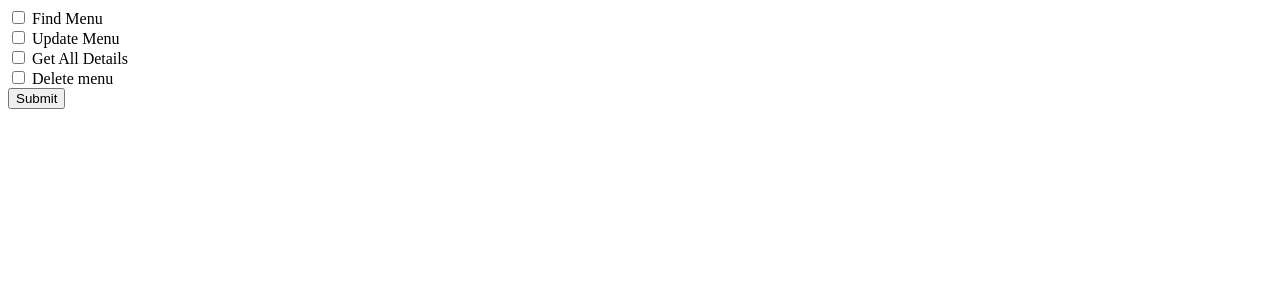
Repository: Jeevith-U/Advance-Java
Page: http://localhost/Food_App/menu.jsp
These files come from the project's save history. The page is drawn as it stood at one moment and after the next save; the edit follows.
The browser window is 1280 px wide. The pictures show the whole page.
The page is served by Tomcat 9.

Above is the page before, as saved 2023-08-23 18:37:39.

After the next save:
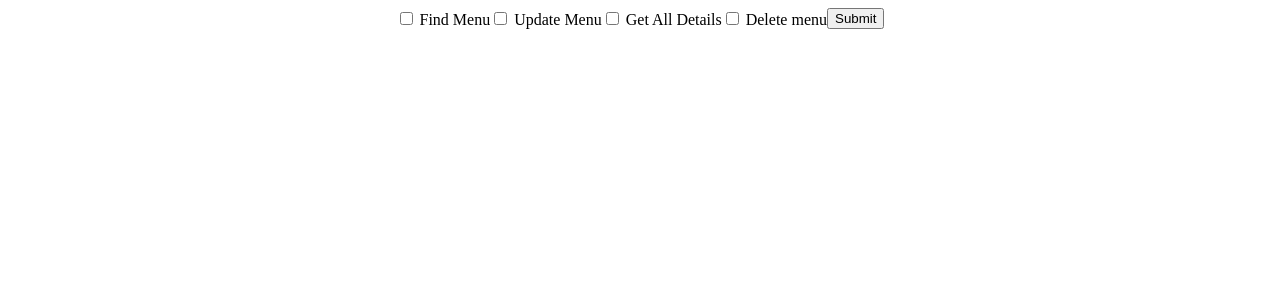
Saved 73 s later.
--- a/Projects/Food_App/src/main/webapp/menu.jsp
+++ b/Projects/Food_App/src/main/webapp/menu.jsp
@@ -6,6 +6,14 @@
     <meta charset="UTF-8">
     <meta name="viewport" content="width=device-width, initial-scale=1.0">
     <title>Document</title>
+     <style>
+       form{
+
+            display: flex;
+            justify-content: center;
+            align-items: center;
+        }
+    </style>
 </head>
 <body>
     <form action="menuoperation" method="post" >

After the save that followed:
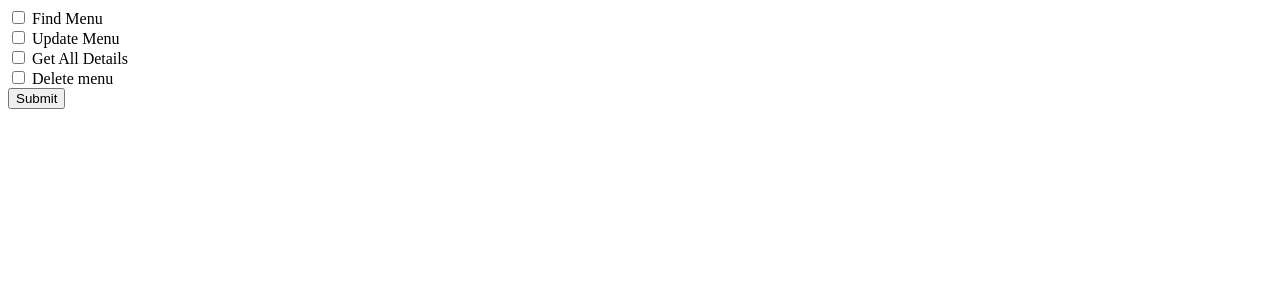
Saved 44 s later.
--- a/Projects/Food_App/src/main/webapp/menu.jsp
+++ b/Projects/Food_App/src/main/webapp/menu.jsp
@@ -7,12 +7,12 @@
     <meta name="viewport" content="width=device-width, initial-scale=1.0">
     <title>Document</title>
      <style>
-       form{
+       /* form{
 
             display: flex;
             justify-content: center;
             align-items: center;
-        }
+        } */
     </style>
 </head>
 <body>
